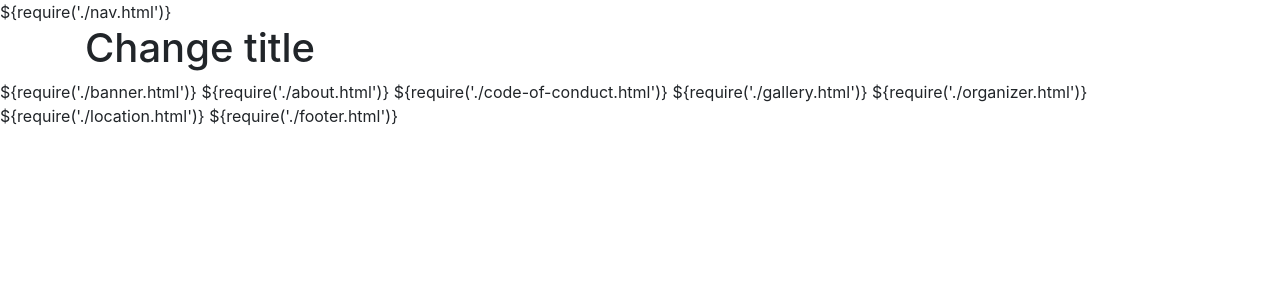
Repository: pyladiesbkk/pyladies-web
Page: src/index.html
An editor plug-in stored every save of this project. The page is shown before and after the next save, followed by the edit.
The browser window is 1280 px wide. The pictures show the whole page.
Some web libraries are served in a nearby version.

Above is the page before, as saved 2019-10-20 13:24:55.

After the next save:
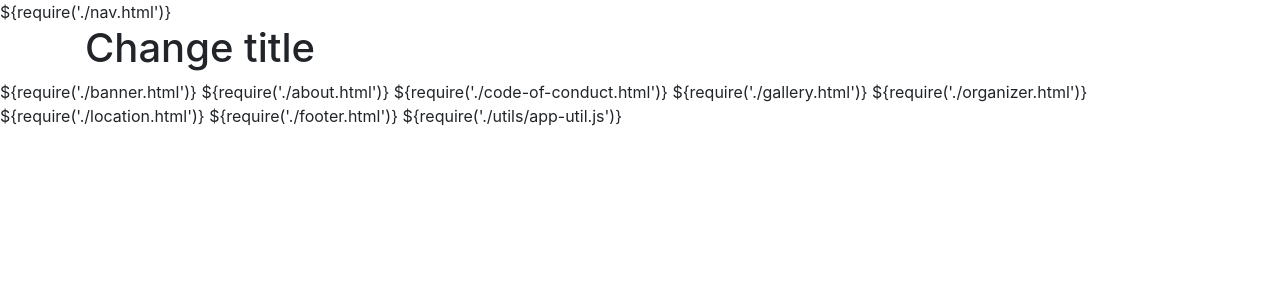
Saved 37 s later.
--- a/src/index.html
+++ b/src/index.html
@@ -24,5 +24,6 @@
   <script src="https://cdnjs.cloudflare.com/ajax/libs/popper.js/1.12.9/umd/popper.min.js" integrity="sha384-ApNbgh9B+Y1QKtv3Rn7W3mgPxhU9K/ScQsAP7hUibX39j7fakFPskvXusvfa0b4Q" crossorigin="anonymous"></script>
   <script src="https://maxcdn.bootstrapcdn.com/bootstrap/4.0.0/js/bootstrap.min.js" integrity="sha384-JZR6Spejh4U02d8jOt6vLEHfe/JQGiRRSQQxSfFWpi1MquVdAyjUar5+76PVCmYl" crossorigin="anonymous"></script>
   <!-- <script type="text/javascript" src="./utils/app-util.js"></script> -->
+  ${require('./utils/app-util.js')}
 </body>
 </html>

After the save that followed:
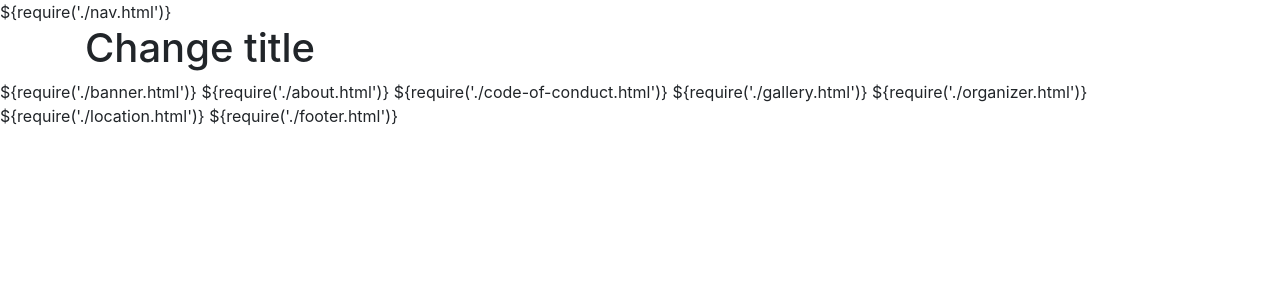
Saved 69 s later.
--- a/src/index.html
+++ b/src/index.html
@@ -24,6 +24,6 @@
   <script src="https://cdnjs.cloudflare.com/ajax/libs/popper.js/1.12.9/umd/popper.min.js" integrity="sha384-ApNbgh9B+Y1QKtv3Rn7W3mgPxhU9K/ScQsAP7hUibX39j7fakFPskvXusvfa0b4Q" crossorigin="anonymous"></script>
   <script src="https://maxcdn.bootstrapcdn.com/bootstrap/4.0.0/js/bootstrap.min.js" integrity="sha384-JZR6Spejh4U02d8jOt6vLEHfe/JQGiRRSQQxSfFWpi1MquVdAyjUar5+76PVCmYl" crossorigin="anonymous"></script>
   <!-- <script type="text/javascript" src="./utils/app-util.js"></script> -->
-  ${require('./utils/app-util.js')}
+  <!-- ${require('./utils/app-util.js')} -->
 </body>
 </html>
